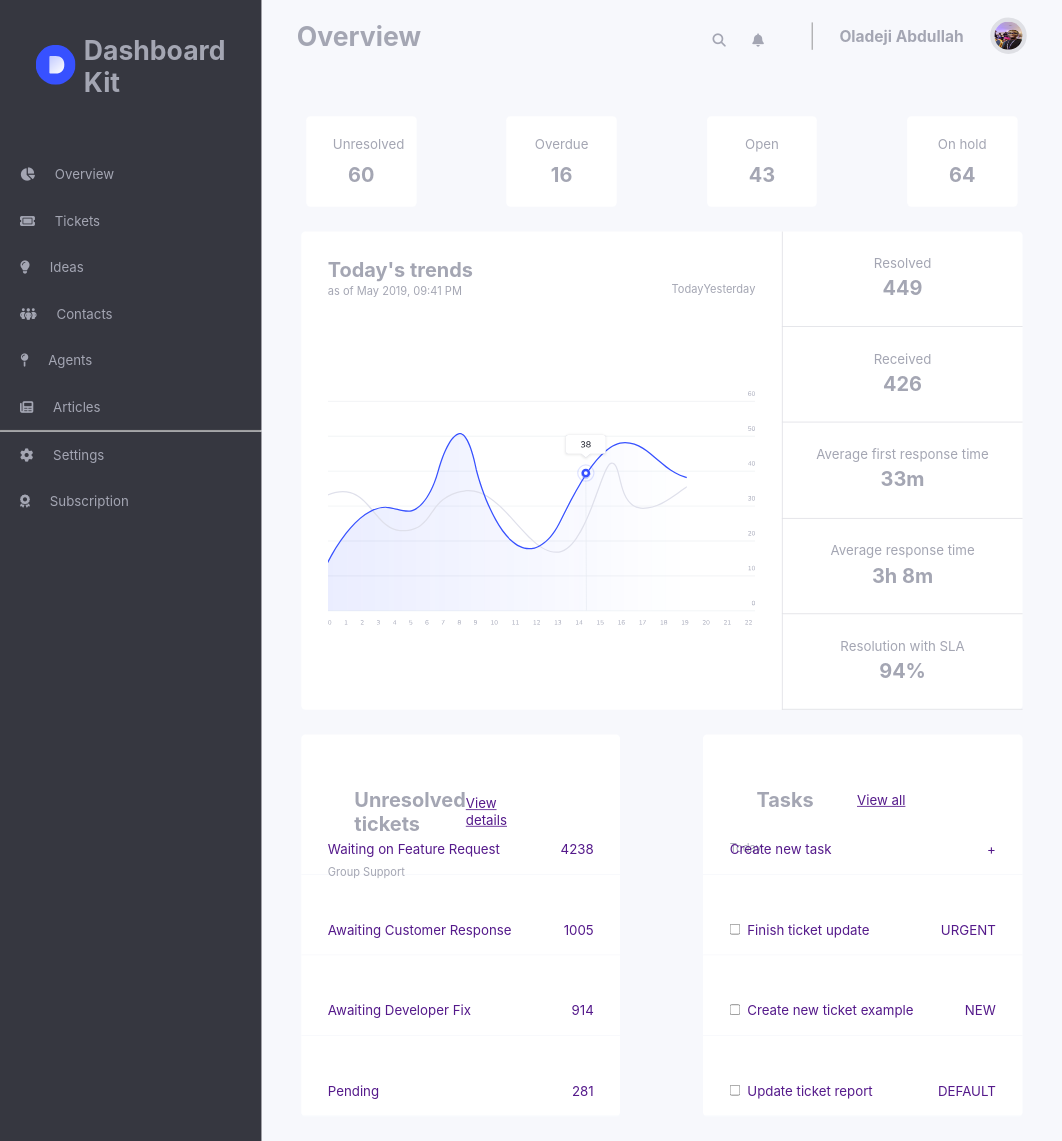
Repository: BuduCE/dashboard
Page: /
The author's editor kept a copy of each file at every save. The page is drawn from the files as they stood at one save, then again after the next save.
The browser window is 1280 px wide. The pictures show the whole page, at 83% of full size.
Some web libraries are served in a nearby version. The project was rebuilt for these pictures with package versions that can differ from the ones it lists, and the page was loaded fresh each time. Also part of the build but not shown: src/pages/Tickets/index.jsx.

Above is the page before, as saved 2022-08-05 23:50:24.

After the next save:
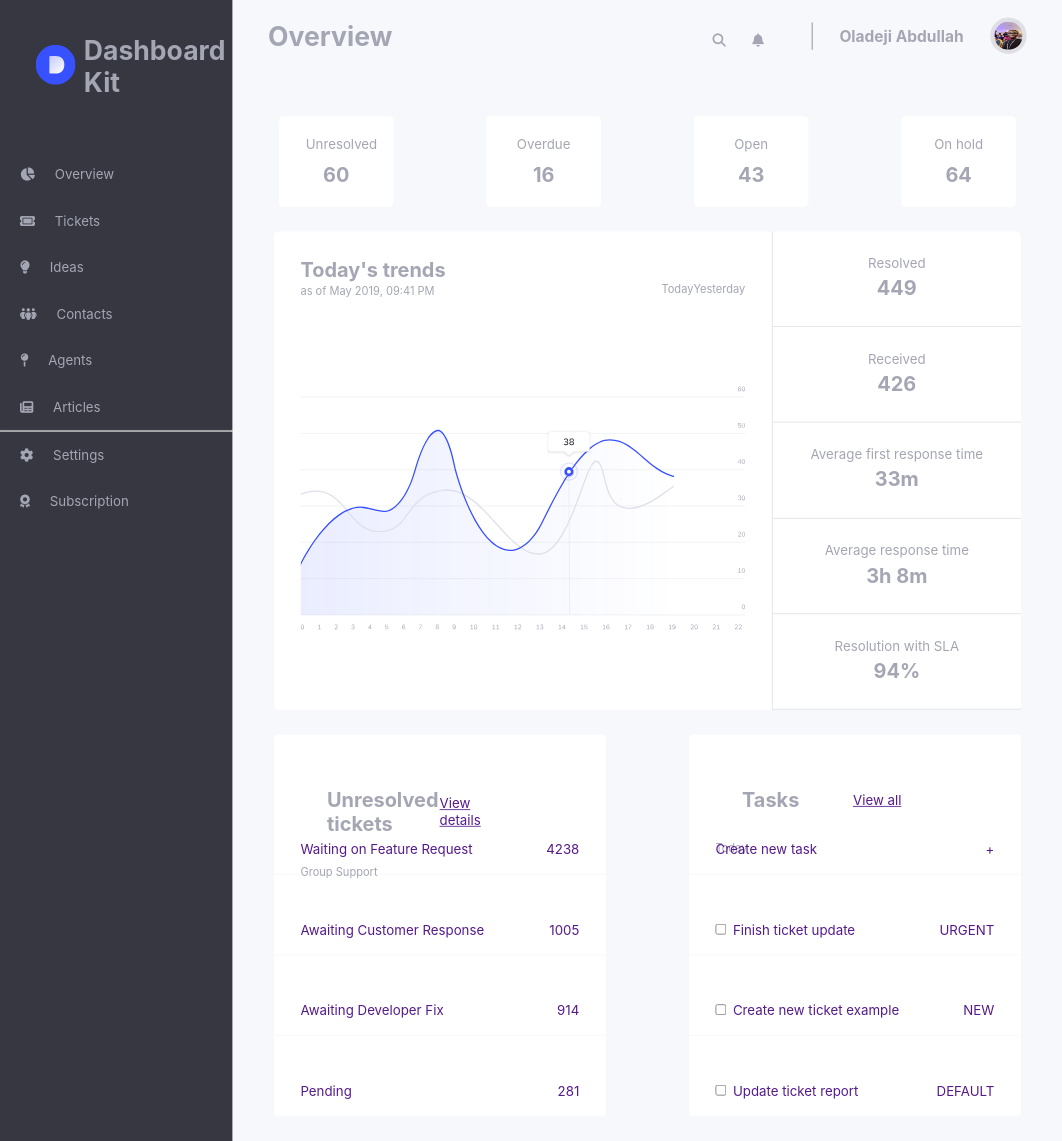
Saved 5 s later.
--- a/src/components/common/SideNav/styles.css
+++ b/src/components/common/SideNav/styles.css
@@ -15,7 +15,7 @@
 }
 .logo h1{
     margin-left: 10px;
-    width: 0\8.5rem;
+    width: 8.5rem;
 }
 .heading{
     width: 100%;
